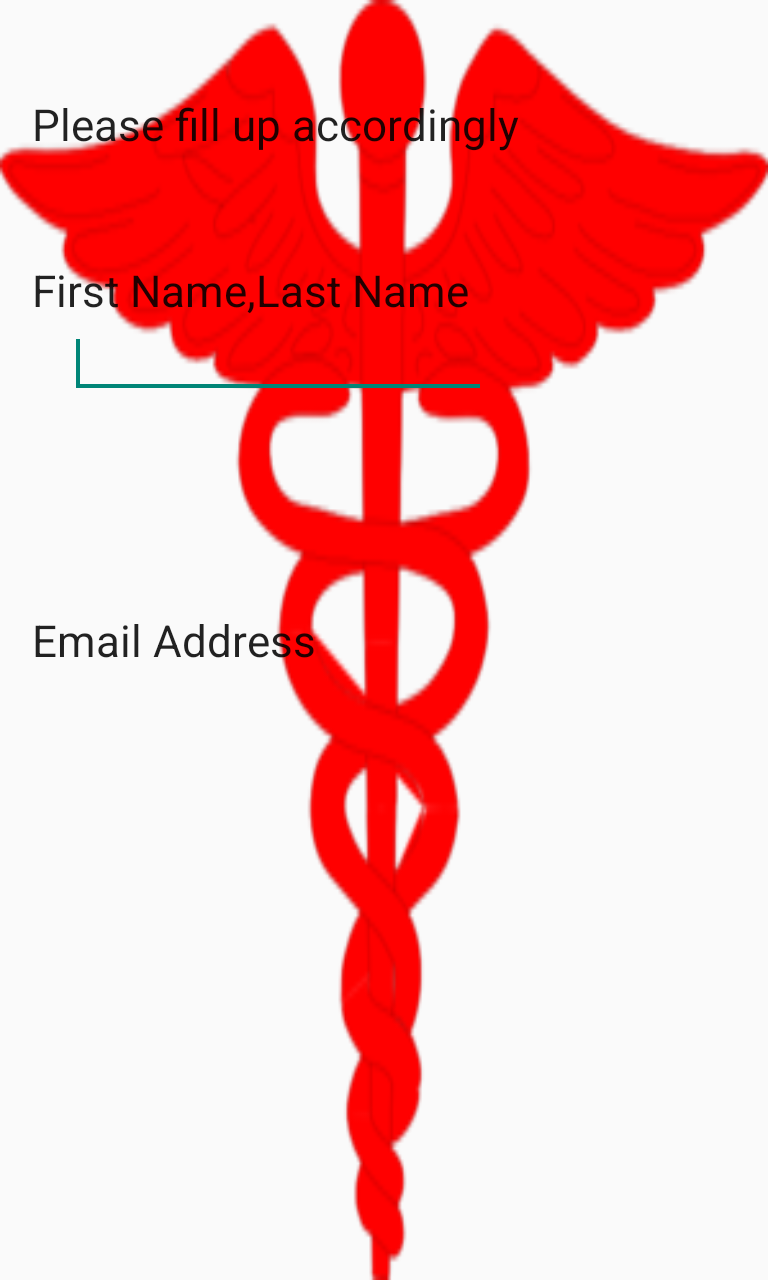
Repository: nave29/sem_1
Layout: VERSION_0.0/sem1_gica/res/layout/activity_appointmentfillupform.xml
The author's editor kept a copy of each file at every save. The layout is drawn from the files as they stood at one save, then again after the next save.
It is drawn on a 768 x 1280 px phone screen (xhdpi) without system bars, with theme AppTheme; the app's code is not run.

Above is the layout before, as saved 2014-09-08 10:55:46.

### VERSION_0.0/sem1_gica/res/layout/activity_appointmentfillupform.xml
<RelativeLayout xmlns:android="http://schemas.android.com/apk/res/android"
    xmlns:tools="http://schemas.android.com/tools"
    android:layout_width="match_parent"
    android:layout_height="match_parent"
    android:background="@drawable/doc"
    android:paddingBottom="@dimen/activity_vertical_margin"
    android:paddingLeft="@dimen/activity_horizontal_margin"
    android:paddingRight="@dimen/activity_horizontal_margin"
    android:paddingTop="@dimen/activity_vertical_margin"
    tools:context="com.example.sem1_gica.Appointmentfillupform" >

    <EditText
        android:id="@+id/editText1"
        android:layout_width="wrap_content"
        android:layout_height="wrap_content"
        android:layout_alignParentLeft="true"
        android:layout_below="@+id/textView1"
        android:layout_marginLeft="18dp"
        android:ems="10"
        android:inputType="textPersonName" >

        <requestFocus />
    </EditText>

    <TextView
        android:id="@+id/textView1"
        android:layout_width="wrap_content"
        android:layout_height="wrap_content"
        android:layout_alignParentLeft="true"
        android:layout_alignParentTop="true"
        android:layout_marginTop="114dp"
        android:text="First Name,Last Name"
        android:textAppearance="?android:attr/textAppearanceLarge" />

    <TextView
        android:id="@+id/textView2"
        android:layout_width="wrap_content"
        android:layout_height="wrap_content"
        android:layout_alignLeft="@+id/textView1"
        android:layout_alignParentTop="true"
        android:layout_marginTop="31dp"
        android:text="Please fill up accordingly"
        android:textAppearance="?android:attr/textAppearanceLarge" />

    <TextView
        android:id="@+id/textView3"
        android:layout_width="wrap_content"
        android:layout_height="wrap_content"
        android:layout_alignLeft="@+id/textView1"
        android:layout_centerVertical="true"
        android:text="Email Address"
        android:textAppearance="?android:attr/textAppearanceLarge" />

</RelativeLayout>

Loaded but not shown: VERSION_0.0/sem1_gica/res/values/styles.xml (common file); VERSION_0.0/sem1_gica/res/values-v11/styles.xml (common file); VERSION_0.0/sem1_gica/res/values-v14/styles.xml (common file); VERSION_0.0/sem1_gica/res/values/dimens.xml (common file); VERSION_0.0/sem1_gica/res/values-w820dp/dimens.xml (common file)

After the next save:
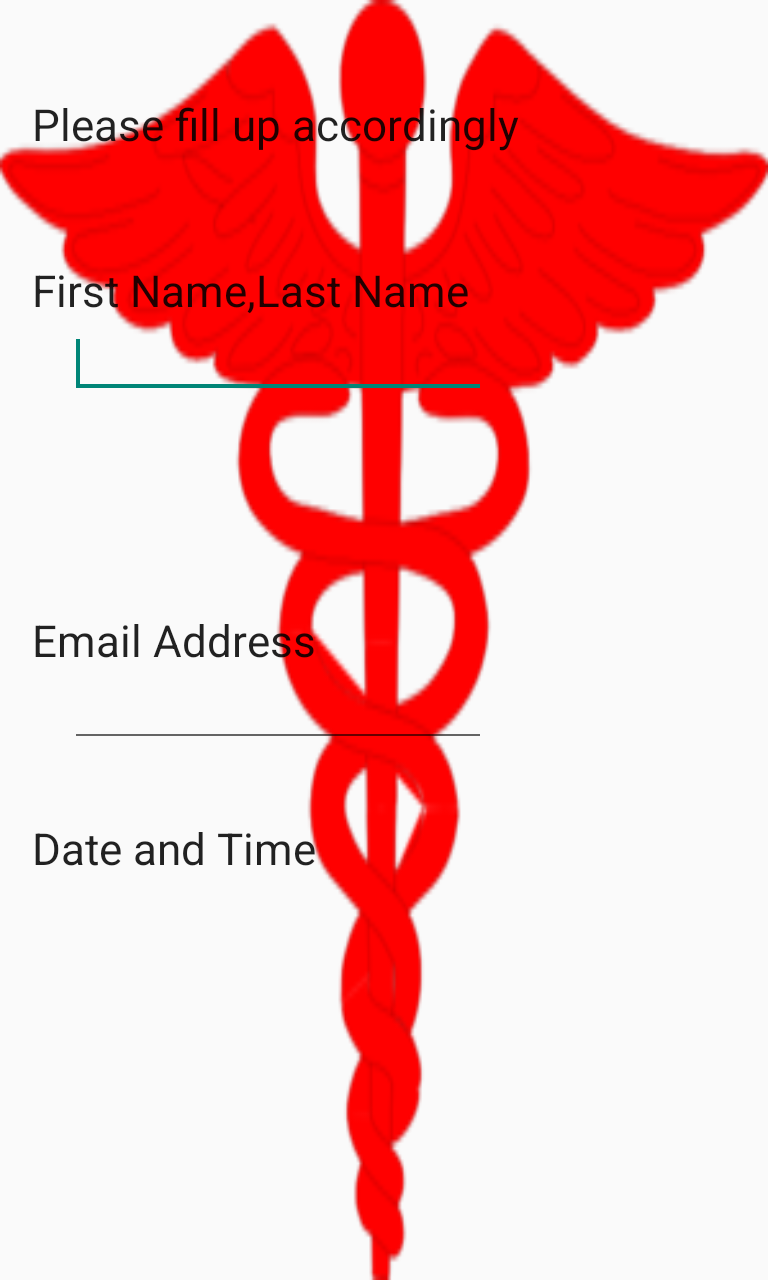
Saved 46 s later.
--- a/VERSION_0.0/sem1_gica/res/layout/activity_appointmentfillupform.xml
+++ b/VERSION_0.0/sem1_gica/res/layout/activity_appointmentfillupform.xml
@@ -51,4 +51,23 @@
         android:text="Email Address"
         android:textAppearance="?android:attr/textAppearanceLarge" />
 
+    <EditText
+        android:id="@+id/editText2"
+        android:layout_width="wrap_content"
+        android:layout_height="wrap_content"
+        android:layout_alignLeft="@+id/editText1"
+        android:layout_below="@+id/textView3"
+        android:ems="10"
+        android:inputType="textEmailAddress" />
+
+    <TextView
+        android:id="@+id/textView4"
+        android:layout_width="wrap_content"
+        android:layout_height="wrap_content"
+        android:layout_alignLeft="@+id/textView3"
+        android:layout_below="@+id/editText2"
+        android:layout_marginTop="33dp"
+        android:text="Date and Time"
+        android:textAppearance="?android:attr/textAppearanceLarge" />
+
 </RelativeLayout>
